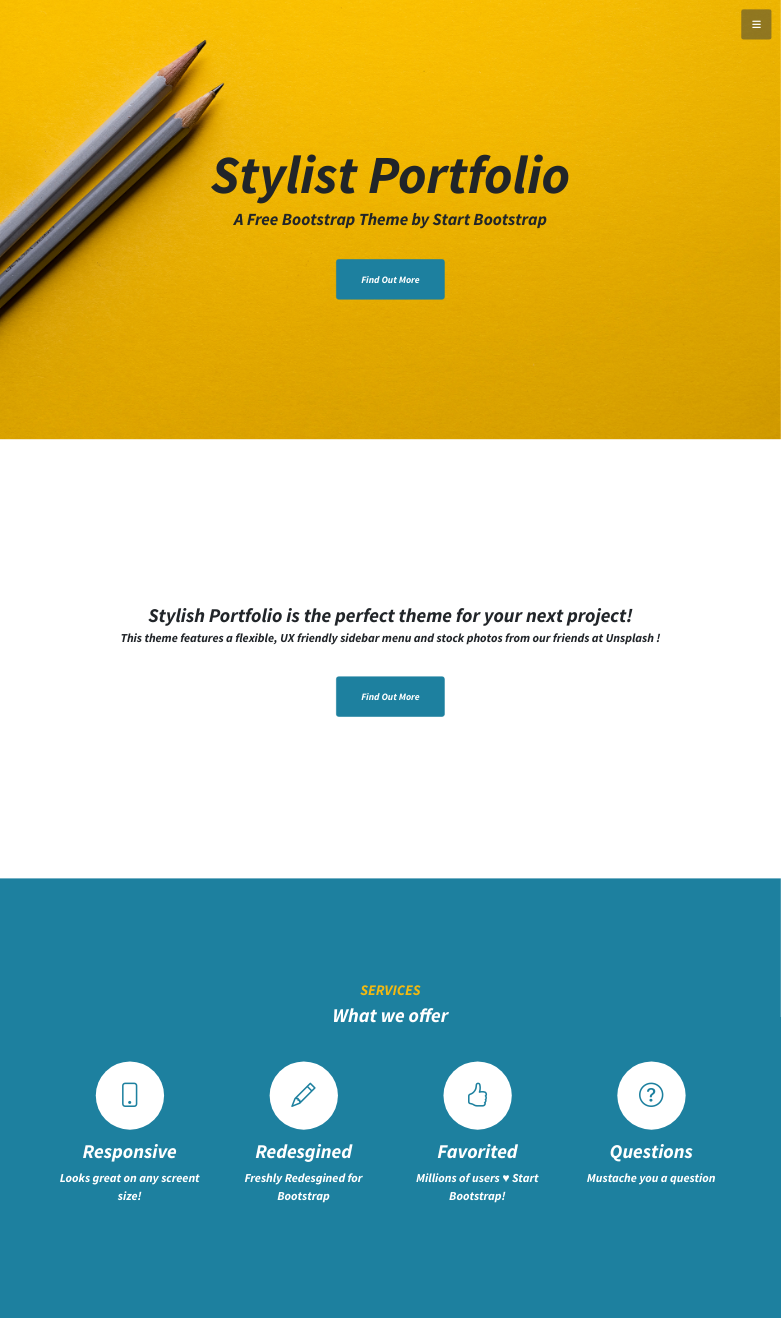
Repository: hoangpino/VE_FE_FrameWork_005
Page: lab06/index.html
The author's editor kept a copy of each file at every save. The page is drawn from the files as they stood at one save, then again after the next save.
The browser window is 1280 px wide. The pictures show the whole page, at 61% of full size.

Above is the page before, as saved 2021-10-05 18:27:32.

### lab06/index.html
<!DOCTYPE html>
<html lang="en">

<head>
    <meta charset="UTF-8">
    <meta http-equiv="X-UA-Compatible" content="IE=edge">
    <meta name="viewport" content="width=device-width, initial-scale=1.0">
    <title>Portfolio</title>
    <link rel="stylesheet" href="./css/style.css" type="text/css" />
    <link rel="icon" href="./img/schools.png" />
    <link href="https://cdn.jsdelivr.net/npm/bootstrap@5.1.1/dist/css/bootstrap.min.css"
        rel="stylesheet"
        integrity="sha384-F3w7mX95PdgyTmZZMECAngseQB83DfGTowi0iMjiWaeVhAn4FJkqJByhZMI3AhiU"
        crossorigin="anonymous" />
    <link rel="stylesheet"
        href="https://cdnjs.cloudflare.com/ajax/libs/font-awesome/6.0.0-beta2/css/all.min.css" />
    <link rel="preconnect" href="https://fonts.googleapis.com">
    <link rel="preconnect" href="https://fonts.gstatic.com" crossorigin>
    <link
        href="https://fonts.googleapis.com/css2?family=Source+Sans+Pro:ital,wght@1,700&display=swap"
        rel="stylesheet" />
    <link rel="stylesheet"
        href="https://cdn.jsdelivr.net/npm/bootstrap-icons@1.5.0/font/bootstrap-icons.css">
</head>

<body>
    <a href="" class="menu-toggle rounded" hef="#" data-bs-toggle="offcanvas"
        data-bs-target="#offcanvas-right" aria-controls="offcanvas-right">
        <i class="fas fa-bars"></i>
    </a>
    <div class="offcanvas offcanvas-end" tabindex="-1" aria-labelledby="offcanvas-right-lable"
        id="offcanvas-right">
        <div class="offcanvas-header">
            <h5 id="offcanvas-right-label">Start Bootstrap</h5>
            <button type="button" class="btn-close btn-close-white text-reset"
                data-bs-dismiss="offcanvas" aria-label="Close"></button>
        </div>
        <div class="offcanvas-body">
            <ul class="sidebar-nav">
                <li class="sidebar-nav-item"><a href="#home">Home</a></li>
                <li class="sidebar-nav-item"><a href="#about">About</a></li>
                <li class="sidebar-nav-item"><a href="#services">Services</a></li>
                <li class="sidebar-nav-item"><a href="#">Portfolio</a></li>
                <li class="sidebar-nav-item"><a href="#">Contacts</a></li>
            </ul>
        </div>
    </div>

    <!-- Header -->
    <header class="d-flex align-items-center" id="home">
        <div class="container text-center">
            <h1 class="m-1">Stylist Portfolio</h1>
            <h3 class="mb-5">A Free Bootstrap Theme by Start Bootstrap </h3>
            <a href="" class="btn btn-primary btn-xl">Find Out More</a>
        </div>
    </header>

    <!-- About -->
    <section class="d-flex align-items-center" id="about">
        <div class="container text-center">
            <h2 class="m-1">Stylish Portfolio is the perfect theme for your next project!</h2>
            <p class="mb-5">This theme features a flexible, UX friendly sidebar menu and stock
                photos from our friends at Unsplash !</p>
            <a href="" class="btn btn-primary btn-xl">Find Out More</a>
        </div>
    </section>

    <!-- Services -->
    <section class="d-flex align-items-center" id="services">
        <div class="container text-center">
            <div class="section-header">
                <h4>Services</h4>
                <h2>What we offer</h2>
            </div>
            <div class="row">
                <div class="col-lg-3 col-md-6 mt-5">
                    <span class="services-icon mx-auto mb-3"><i class="bi bi-phone"></i></span>
                    <h2>Responsive</h2>
                    <p>Looks great on any screent size!</p>
                </div>
                <div class="col-lg-3 col-md-6 mt-5">
                    <span class="services-icon mx-auto mb-3"><i class="bi bi-pencil"></i></span>
                    <h2>Redesgined</h2>
                    <p>Freshly Redesgined for Bootstrap</p>
                </div>
                <div class="col-lg-3 col-md-6 mt-5">
                    <span class="services-icon mx-auto mb-3"><i
                            class="bi bi-hand-thumbs-up"></i></span>
                    <h2>Favorited</h2>
                    <p>Millions of users &hearts; Start Bootstrap!</p>
                </div>
                <div class="col-lg-3 col-md-6 mt-5">
                    <span class="services-icon mx-auto mb-3"><i
                            class="bi bi-question-circle"></i></span>
                    <h2>Questions</h2>
                    <p>Mustache you a question</p>
                </div>
            </div>
        </div>
    </section>

    <script src="https://cdn.jsdelivr.net/npm/bootstrap@5.1.1/dist/js/bootstrap.bundle.min.js"
        integrity="sha384-/bQdsTh/da6pkI1MST/rWKFNjaCP5gBSY4sEBT38Q/9RBh9AH40zEOg7Hlq2THRZ"
        crossorigin="anonymous"></script>
</body>

</html>

### lab06/css/style.css
:root {
    --color-green: #1d809f;
    --color-green-dark:rgb(15, 64, 78);
    --color-dark:#343a40;
    --color-yellow: #f2b912;
}

body {
    font-family: 'Source Sans Pro', sans-serif !important;
}

* {
    margin: 0;
    padding: 0;
}
.menu-toggle {
    position: fixed;
    width: 50px;
    height: 50px;
    color: #fff;
    background-color: rgba(52,58,64,0.5);
    text-align: center;
    line-height: 50px;
    right: 15px;
    top: 15px;
}

.menu-toggle:hover {
    background-color: var(--color-dark);
    color: #fff;
}

.offcanvas {
    background-color: var(--color-green) !important;
    color: #fff;
    width: 250px;

}

.offcanvas ul {
    list-style: none;
    margin : 0;
    padding: 0;
}

.offcanvas a {
    color: #fff;
    display: block;
    padding: 15px;
    text-decoration: none;

}

.offcanvas a:hover {
    background-color: rgba(52, 58, 64, 0.2);
    color: #fff;
}

.offcanvas-body {
    padding: 0 !important;
    margin: 0;

}

.offcanvas-header {
    background-color: rgba(52, 58, 64, 0.1);
}

header {
    background: url(../img/img/bg-masthead.jpg);
    background-repeat: none;
    background-position: center center;
    background-size: cover;
    min-height: 100vh;
}

h1 {
    font-weight: 700 !important;
    font-size: 5.5rem !important;
}

h2 {
    font-weight: 700 !important;
    font-style: 2.0rem !important;
}

h3 {
    font-weight: 700 !important;
    font-style: 1.75rem !important;
    font-style: italic;
}

h4 {
    font-weight: 700;
    font-size: 1.0rem;
    text-transform: uppercase;
    color: var(--color-yellow);
}

p {
    font-weight: 300 !important;
    font-size: 1.25em;
}

.btn-primary {
    background-color: var(--color-green) !important;
    border-color: var(--color-green) !important;
}

.btn-primary:active, .btn-primary:hover {
    background-color: var(--color-green-dark) !important;
    border-color: var(--color-green-dark) !important;
}

.btn-xl {
    padding: 1.25em 2.5em !important;
}

#about {
    min-height: 100vh;
}

#services {
    min-height: 100vh;
    background-color: var(--color-green);
    color: #fff;
}

.services-icon {
    background-color:#fff !important;
    color: var(--color-green);
    height:7rem;
    width: 7rem;
    display: block;
    line-height: 7rem;
    text-align: center;
    font-size: 2.5em;
    border-radius: 50%;
}

After the next save:
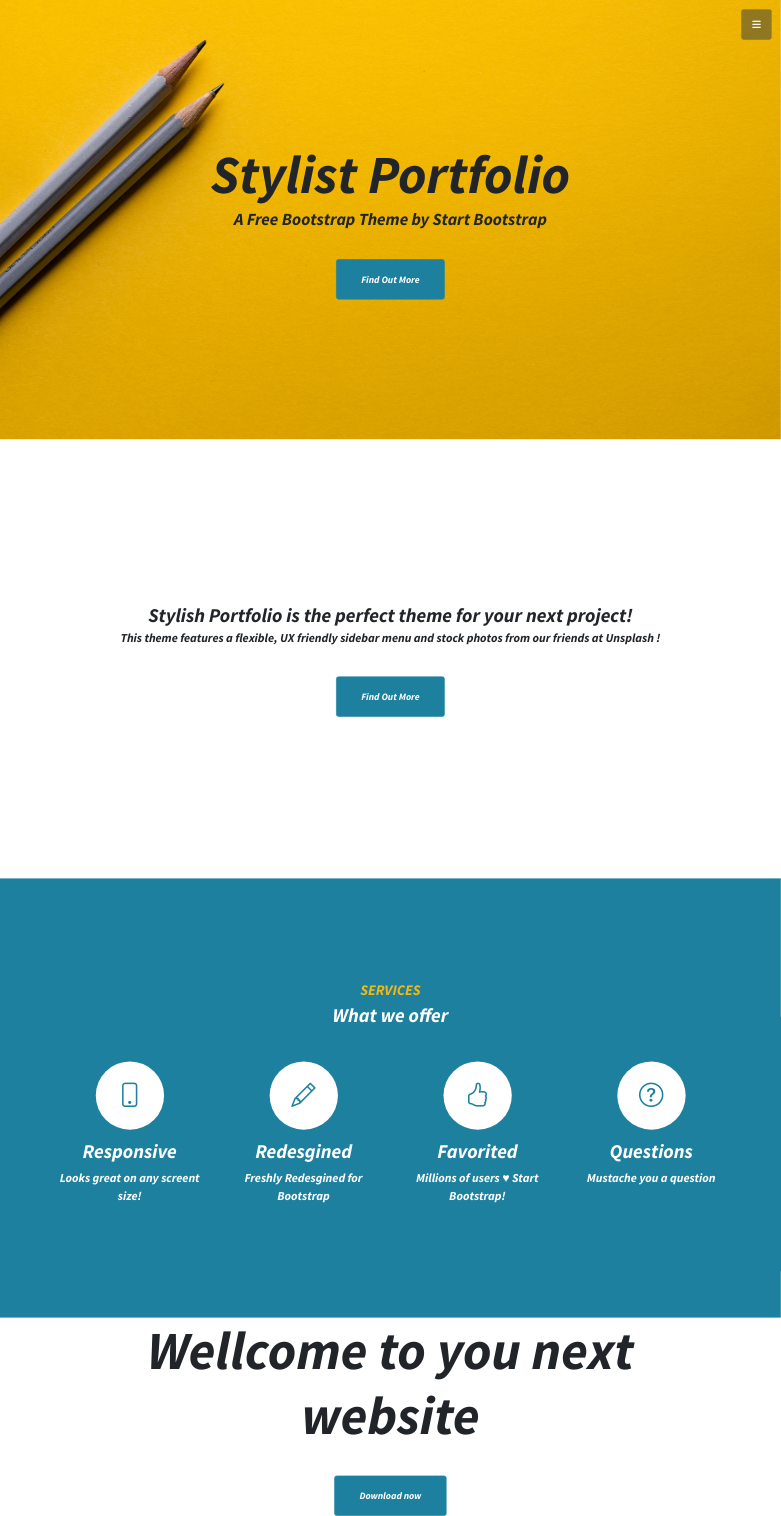
Saved 6 min 20 s later.
--- a/lab06/index.html
+++ b/lab06/index.html
@@ -99,6 +99,14 @@
         </div>
     </section>
 
+    <!-- Callout -->
+    <section class="d-flex aglin-items-center" id="callout">
+        <div class="container px-4 px-lg-5 text-center">
+            <h1 class="mb-5">Wellcome to <em>you</em> next website</h1>
+            <a href="#" class="btn btn-primary btn-xl">Download now</a>
+        </div>
+    </section>
+
     <script src="https://cdn.jsdelivr.net/npm/bootstrap@5.1.1/dist/js/bootstrap.bundle.min.js"
         integrity="sha384-/bQdsTh/da6pkI1MST/rWKFNjaCP5gBSY4sEBT38Q/9RBh9AH40zEOg7Hlq2THRZ"
         crossorigin="anonymous"></script>
